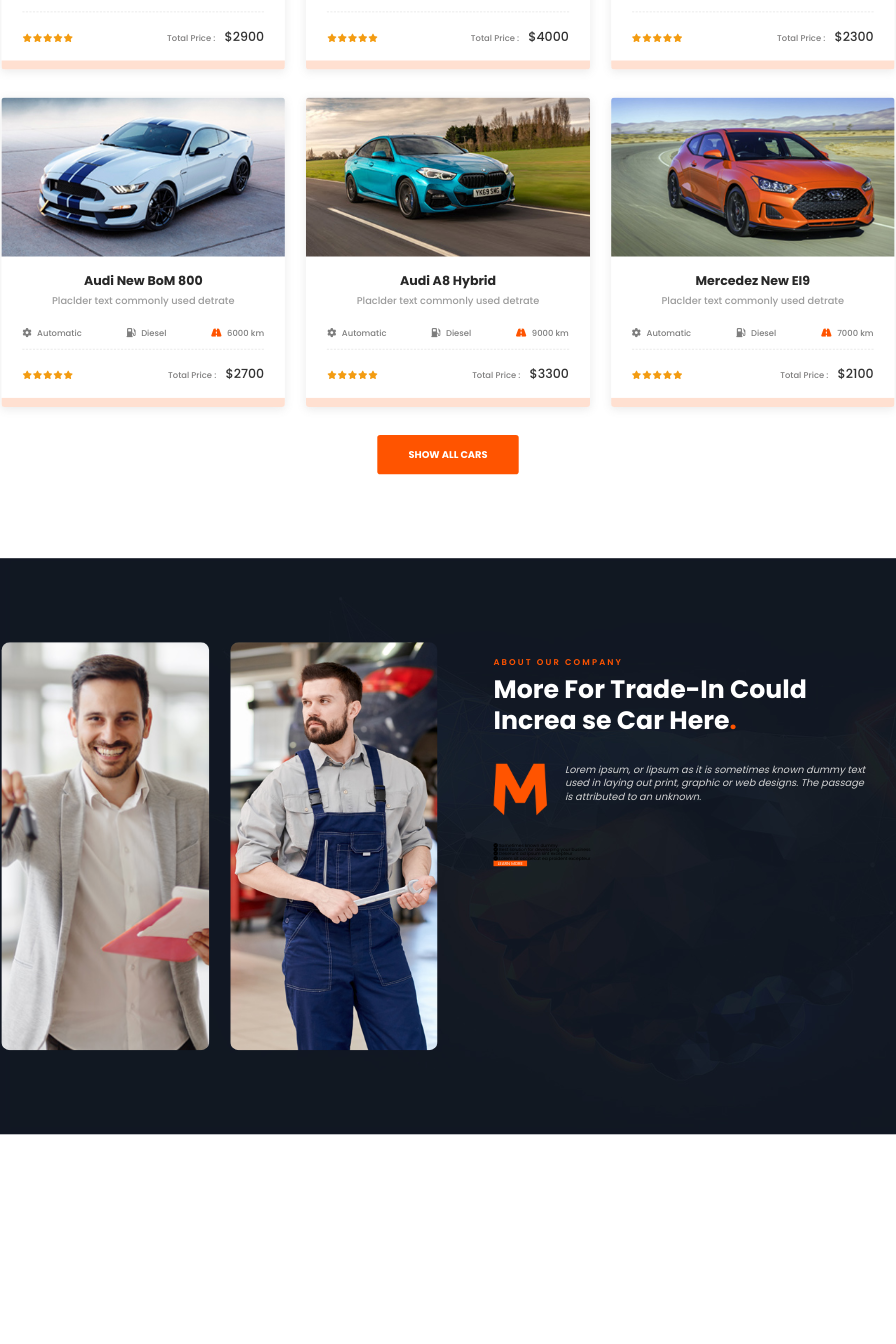
Repository: thanhdinh01/shopcar
Page: index.html
An editor plug-in stored every save of this project. The page is shown before and after the next save, followed by the edit.
The browser window is 1280 px wide. The pictures show the part of the page from y = 2139 to 4059 px (the page is 4059 px tall), at 70% of full size.
Some web libraries are served in a nearby version. The style sheet was rebuilt from its Sass, Less or Tailwind sources for each picture, by a compiler version that may differ from the author's.

Above is the page before, as saved 2022-08-17 20:58:07.

### index.html
<!DOCTYPE html>
<html lang="en">
  <head>
    <meta charset="UTF-8" />
    <meta http-equiv="X-UA-Compatible" content="IE=edge" />
    <meta name="viewport" content="width=device-width, initial-scale=1.0" />
    <title>Increase follower on social media</title>
    <link
      rel="stylesheet"
      href="https://cdnjs.cloudflare.com/ajax/libs/font-awesome/6.1.2/css/all.min.css"
      integrity="sha512-1sCRPdkRXhBV2PBLUdRb4tMg1w2YPf37qatUFeS7zlBy7jJI8Lf4VHwWfZZfpXtYSLy85pkm9GaYVYMfw5BC1A=="
      crossorigin="anonymous"
      referrerpolicy="no-referrer"
    />
    <link
      href="https://fonts.googleapis.com/css2?family=Poppins:wght@300;400;500;600;700;900&display=swap"
      rel="stylesheet"
    />
    <link rel="stylesheet" href="./css/style.css" />
  </head>

  <body>
    <div class="main">
      <!-- HEADER -->
      <header class="header">
        <div class="header-top">
          <div class="container">
            <div class="header-top-container dflex">
              <ul class="header-top-left">
                <li>
                  <i class="fa-regular fa-envelope"></i>
                  <p>thanhdinhduy@support.com</p>
                </li>
                <li>
                  <i class="fa-regular fa-clock"></i>
                  <p>10:00 AM To 5:00 PM</p>
                </li>
              </ul>
              <ul class="header-top-right">
                <li class="header-contact">
                  <a href="#"><i class="fa-brands fa-square-facebook"></i></a>
                  <a href="#"><i class="fa-brands fa-square-twitter"></i></a>
                  <a href="#"><i class="fa-brands fa-square-vimeo"></i></a>
                  <a href="#"><i class="fa-brands fa-linkedin"></i></a>
                </li>
                <li class="header-login">
                  <a href="#" class="login">
                    <i class="fa-regular fa-circle-user"></i> LOGIN
                  </a>
                  <a href="#" class="logup"> REGISTER </a>
                </li>
              </ul>
            </div>
          </div>
        </div>
        <div class="header-navigation">
          <div class="container p15 dflex">
            <div class="nav-logo">
              <a href="#" class="logo-link">
                <img
                  class="logo-header-img"
                  src="./images/header/logo.png"
                  alt="logo"
                />
              </a>
            </div>
            <div class="nav-total dflex">
              <ul class="nav-list dflex">
                <li class="nav-item active">
                  <a href="#">HOME</a>
                </li>
                <li class="nav-item">
                  <a href="#">INVENTORY </a>
                  <ul class="sub-list">
                    <li class="sub-item">
                      <a href="#">Inventory List</a>
                    </li>
                    <li class="sub-item">
                      <a href="#">Inventory Details</a>
                    </li>
                  </ul>
                </li>
                <li class="nav-item">
                  <a href="#">PAGES</a>
                  <ul class="sub-list">
                    <li class="sub-item">
                      <a href="#">About us</a>
                    </li>
                    <li class="sub-item">
                      <a href="#">Loan Calculator</a>
                    </li>
                    <li class="sub-item">
                      <a href="#">Login Page</a>
                    </li>
                  </ul>
                </li>
                <li class="nav-item">
                  <a href="#">BLOG</a>
                  <ul class="sub-list">
                    <li class="sub-item">
                      <a href="#">Our Blog</a>
                    </li>
                    <li class="sub-item">
                      <a href="#">Blog Details</a>
                    </li>
                  </ul>
                </li>
                <li class="nav-item">
                  <a href="#">DEALERS</a>
                </li>
                <li class="nav-item">
                  <a href="#">CONTACT</a>
                </li>
              </ul>
              <ul class="nav-interact dflex">
                <li class="cart">
                  <a href="#" class="cart-link">
                    <i class="fa-solid fa-basket-shopping"></i>
                  </a>
                  <div class="cart-quantity">4</div>
                  <div class="cart-wrap">
                    <div class="cart-top">
                      <div class="cart-item">
                        <a href="#" class="product-img">
                          <img
                            src="./images/latest-car/t_released_cars_thumb01.jpg"
                            alt=""
                          />
                        </a>
                        <div class="product-desc">
                          <a href="#" class="product-title"
                            >Mercedes-Benz GLE Coupe</a
                          >
                          <span class="product-price">$299</span>
                        </div>
                        <div class="delete-item">
                          <i class="fa-regular fa-trash-can"></i>
                        </div>
                      </div>
                      <div class="cart-item">
                        <a href="#" class="product-img">
                          <img
                            src="./images/latest-car/t_released_cars_thumb02.jpg"
                            alt=""
                          />
                        </a>
                        <div class="product-desc">
                          <a href="#" class="product-title">
                            Mercedes-Benz GLE Coupe
                          </a>
                          <span class="product-price">$299</span>
                        </div>
                        <div class="delete-item">
                          <i class="fa-regular fa-trash-can"></i>
                        </div>
                      </div>
                      <div class="cart-item">
                        <a href="#" class="product-img">
                          <img
                            src="./images/latest-car/t_released_cars_thumb03.jpg"
                            alt=""
                          />
                        </a>
                        <div class="product-desc">
                          <a href="#" class="product-title"
                            >Mercedes-Benz GLE Coupe Benz GLE Coupe</a
                          >
                          <span class="product-price">$299</span>
                        </div>
                        <div class="delete-item">
                          <i class="fa-regular fa-trash-can"></i>
                        </div>
                      </div>
                      <div class="cart-item">
                        <a href="#" class="product-img">
                          <img
                            src="./images/latest-car/t_released_cars_thumb04.jpg"
                            alt=""
                          />
                        </a>
                        <div class="product-desc">
                          <a href="#" class="product-title"
                            >Mercedes-Benz GLE Coupe</a
                          >
                          <span class="product-price">$299</span>
                        </div>
                        <div class="delete-item">
                          <i class="fa-regular fa-trash-can"></i>
                        </div>
                      </div>
                    </div>
                    <div class="cart-bottom">
                      <div class="cart-bottom-price">
                        <p>Total</p>
                        <span>$1000</span>
                      </div>
                      <div class="cart-bottom-buying">
                        <button class="button buy-now">SHOPPING CART</button>
                        <button class="button check-out">CHECK OUT</button>
                      </div>
                    </div>
                  </div>
                </li>
                <li class="quote">
                  <button class="button">GET A QUOTE</button>
                </li>
                <li class="search">
                  <i class="fa-solid fa-magnifying-glass search-toggle"></i>
                </li>
              </ul>
            </div>
          </div>
        </div>
        <div class="search-active">
          <input
            type="text"
            name=""
            id=""
            class="input-search"
            placeholder="Type here..."
          />
          <button class="search-icon">
            <i class="fa-solid fa-magnifying-glass"></i>
          </button>
        </div>
        <div class="header-main">
          <img src="./images/header/slider_content_icon.png" alt="" />
          <p class="mission">
            <i class="fa-solid fa-circle"></i>
            YOUR TRUST OUR ASSET
            <i class="fa-solid fa-circle"></i>
          </p>
          <h1 class="heading">FIND PERFECT CAR</h1>
          <p class="title">
            A car dealership, or vehicle local distribution, is a business
          </p>
          <button class="button button-header">FIND IT NOW</button>
        </div>
        <div class="header-selection">
          <div class="container-normal">
            <ul class="select-list">
              <li class="select-item">
                <div class="dropdown-select">
                  <span class="text-selected">Select Model</span>
                  <i class="fa-solid fa-angle-down"></i>
                </div>
                <ul class="dropdown-list">
                  <li class="dropdown-item">
                    <span class="dropdown-text">Select Model</span>
                  </li>
                  <li class="dropdown-item">
                    <span class="dropdown-text">Mercedes-Benz</span>
                  </li>
                  <li class="dropdown-item">
                    <span class="dropdown-text">Volkswagen</span>
                  </li>
                  <li class="dropdown-item">
                    <span class="dropdown-text">Aston-Martin</span>
                  </li>
                  <li class="dropdown-item">
                    <span class="dropdown-text">Lamboghini</span>
                  </li>
                  <li class="dropdown-item">
                    <span class="dropdown-text">Koenigsegg</span>
                  </li>
                </ul>
              </li>
              <li class="select-item">
                <div class="dropdown-select">
                  <span class="text-selected">Select Model</span>
                  <i class="fa-solid fa-angle-down"></i>
                </div>
                <ul class="dropdown-list">
                  <li class="dropdown-item">
                    <span class="dropdown-text"> Select Model</span>
                  </li>
                  <li class="dropdown-item">
                    <span class="dropdown-text">Volkswagen SC20</span>
                  </li>
                  <li class="dropdown-item">
                    <span class="dropdown-text">Honda CBR9</span>
                  </li>
                  <li class="dropdown-item">
                    <span class="dropdown-text">Aston K3518</span>
                  </li>
                  <li class="dropdown-item">
                    <span class="dropdown-text">BMW SC20</span>
                  </li>
                  <li class="dropdown-item">
                    <span class="dropdown-text">Toyota 186LM</span>
                  </li>
                </ul>
              </li>
              <li class="select-item">
                <div class="dropdown-select">
                  <span class="text-selected">Select Model</span>
                  <i class="fa-solid fa-angle-down"></i>
                </div>
                <ul class="dropdown-list">
                  <li class="dropdown-item">
                    <span class="dropdown-text">Select Model</span>
                  </li>
                  <li class="dropdown-item">
                    <span class="dropdown-text">SORN Status</span>
                  </li>
                  <li class="dropdown-item">
                    <span class="dropdown-text">Fuel Type</span>
                  </li>
                  <li class="dropdown-item">
                    <span class="dropdown-text">Last Log Book</span>
                  </li>
                  <li class="dropdown-item">
                    <span class="dropdown-text">MOT Expires</span>
                  </li>
                  <li class="dropdown-item">
                    <span class="dropdown-text">Vehicle TAX</span>
                  </li>
                </ul>
              </li>
              <li class="select-item">
                <div class="dropdown-select">
                  <span class="text-selected">Select Model</span>
                  <i class="fa-solid fa-angle-down"></i>
                </div>
                <ul class="dropdown-list">
                  <li class="dropdown-item">
                    <span class="dropdown-text">Select Model</span>
                  </li>
                  <li class="dropdown-item">
                    <span class="dropdown-text">BMW 7 Series</span>
                  </li>
                  <li class="dropdown-item">
                    <span class="dropdown-text">Mercedes-Benz</span>
                  </li>
                  <li class="dropdown-item">
                    <span class="dropdown-text">Volkswagen</span>
                  </li>
                  <li class="dropdown-item">
                    <span class="dropdown-text">Aston-Martin</span>
                  </li>
                  <li class="dropdown-item">
                    <span class="dropdown-text">Lamboghini</span>
                  </li>
                  <li class="dropdown-item">
                    <span class="dropdown-text">Koenigsegg</span>
                  </li>
                </ul>
              </li>
              <button class="button select-car">SELECT VEHICLE</button>
            </ul>
          </div>
        </div>
      </header>
      <!-- Features area -->
      <div class="features-area">
        <div class="container-normal">
          <div class="features-container dflex">
            <div class="features-item">
              <div class="features-img">
                <img src="./images/featured/features-icon.png" alt="" />
              </div>
              <h3 class="features-title">Dealership Points</h3>
              <p class="features-desc">
                Placlder text commonly is used detrate theys visual consectetur
                ading elitmod use
              </p>
            </div>
            <div class="features-item">
              <div class="features-img">
                <img src="./images/featured/h3_features_icon02.png" alt="" />
              </div>
              <h3 class="features-title">Trusted by clients</h3>
              <p class="features-desc">
                Placlder text commonly is used detrate theys visual consectetur
                ading elitmod use
              </p>
            </div>
            <div class="features-item">
              <div class="features-img">
                <img src="./images/featured/h3_features_icon03.png" alt="" />
              </div>
              <h3 class="features-title">We are your location</h3>
              <p class="features-desc">
                Placlder text commonly is used detrate theys visual consectetur
                ading elitmod use
              </p>
            </div>
            <div class="features-item">
              <div class="features-img">
                <img src="./images/featured/h3_features_icon04.png" alt="" />
              </div>
              <h3 class="features-title">Easy Financing</h3>
              <p class="features-desc">
                Placlder text commonly is used detrate theys visual consectetur
                ading elitmod use
              </p>
            </div>
          </div>
        </div>
      </div>
      <!-- Release cars -->
      <div class="release-cars">
        <div class="container-normal">
          <div class="release-car-container">
            <div class="release-title">
              <div class="title-blur">All Seller</div>
              <span>OUR FEATURED CARS</span>
              <h2>Latest Released Cars</h2>
            </div>
            <div class="menu-car">
              <div class="menu-control">
                <button class="button btn-menu-car active" data-type="all">
                  ALL SELLER
                </button>
                <button class="button btn-menu-car" data-type="newcar">
                  NEW CARS
                </button>
                <button class="button btn-menu-car" data-type="usedcar">
                  USED CARS
                </button>
              </div>
              <ul class="car-list"></ul>
            </div>
          </div>
          <div class="car-show-btn">
            <button class="button">SHOW ALL CARS</button>
          </div>
        </div>
      </div>
      <!-- About area -->
      <div class="about-area">
        <div class="container-normal">
          <div class="about-wrapper">
            <div class="about-area-img">
              <div class="img-item">
                <img src="./images/about-company/about_img01.jpg" alt="" />
              </div>
              <div class="img-item">
                <img src="./images/about-company/about_img02.jpg" alt="" />
              </div>
            </div>
            <div class="about-area-container">
              <div class="about-content">
                <div class="about-heading">
                  <p>ABOUT OUR COMPANY</p>
                  <h2>
                    More For Trade-In Could Increa se Car Here<span>.</span>
                  </h2>
                </div>
                <div class="about-desc">
                  <img src="./images/about-company/m.png" alt="" />
                  <p>
                    Lorem ipsum, or lipsum as it is sometimes known dummy text
                    used in laying out print, graphic or web designs. The
                    passage is attributed to an unknown.
                  </p>
                </div>
                <ul class="about-list">
                  <li class="list-item">
                    <i class="fa-solid fa-circle-check"></i>
                    Sometimes known dummy
                  </li>
                  <li class="list-item">
                    <i class="fa-solid fa-circle-check"></i>
                    Best solution for developing your business
                  </li>
                  <li class="list-item">
                    <i class="fa-solid fa-circle-check"></i>
                    Deserunt ad ipsum sint excepteur
                  </li>
                  <li class="list-item">
                    <i class="fa-solid fa-circle-check"></i>
                    Lorem sit occaecat ea proident excepteur
                  </li>
                </ul>
                <button class="button btn-about-area">LEARN MORE</button>
              </div>
            </div>
          </div>
        </div>
      </div>
    </div>
    <!-- javasript -->
    <script src="./js/app.js"></script>
    <!-- modal -->
  </body>
</html>

### css/style.scss
@import "reset";
@import "animation";
@import "variables";
@import "global";
@import "modal";
@import "header";
@import "features-area";
@import "release-car";
@import "about-area";

### css/_animation.scss
@keyframes fadeInUp {
  0% {
    opacity: 0;
    transform: translateY(20px);
  }
  100% {
    opacity: 1;
    transform: translateY(0);
  }
}
@keyframes opacityUp {
  0% {
    opacity: 0;
    transform: translateY(-20px);
  }
  100% {
    opacity: 1;
    transform: translateY(0);
  }
}
@keyframes fadeIn {
  0% {
    opacity: 0;
  }
  100% {
    opacity: 1;
  }
}
@keyframes fadeInModal {
  0% {
    opacity: 0;
    transform: translateY(-300px);
  }
  100% {
    opacity: 1;
    transform: translateY(0);
  }
}

@keyframes shine {
  100% {
    left: 125%;
  }
}
@keyframes scaleUp {
  0% {
    opacity: 0;
    transform: scale(0.4);
  }
  100% {
    opacity: 1;
    transform: scale(1);
  }
}

### css/_variables.scss
$primaryColor: #ff5400;
$blackColor: #000;
$whiteColor: #fff;
$textColor: #9c9c9c;

### css/_global.scss
body,
*,
html {
  font-family: "Poppins", sans-serif;
  font-size: 62.5%;
  box-sizing: border-box;
}
body {
  margin-bottom: 300px;
}
.container {
  width: 1440px;
  max-width: 100%;
  margin: 0 auto;
}
.container-normal {
  width: 1276px;
  max-width: 100%;
  margin: 0 auto;
}
.dflex {
  display: flex;
  justify-content: space-between;
  align-items: center;
}

.button {
  display: flex;
  justify-content: center;
  align-items: center;
  outline: none;
  border: none;
  color: $whiteColor;
  background-color: $primaryColor;
  line-height: 1;
  cursor: pointer;
}

.p15 {
  padding: 0 15px;
}

### css/_about-area.scss
.about-area {
  background-image: url("../images/about-company/about_bg.jpg");
  padding: 120px 0;
  .about-wrapper {
    display: flex;
    justify-content: space-between;
    gap: 0 30px;
    .about-area-img {
      flex: 1;
      display: flex;
      gap: 0 30px;
      .img-item {
        flex: 1;
        img {
          width: 100%;
          height: 100%;
          object-fit: cover;
          border-radius: 12px;
        }
      }
    }
    .about-area-container {
      flex: 1;
      .about-content {
        padding: 22px 30px 22px 50px;
        .about-heading {
          margin-bottom: 40px;
          p {
            font-size: 1.2rem;
            font-weight: 600;
            color: $primaryColor;
            letter-spacing: 3px;
            margin-bottom: 12px;
          }
          h2 {
            font-size: 3.6rem;
            line-height: 1.2;
            color: $whiteColor;
            font-weight: 700;
            span {
              color: $primaryColor;
            }
          }
        }
        .about-desc {
          display: flex;
          margin-bottom: 40px;
          img {
            flex-shrink: 0;
            object-fit: cover;
          }
          p {
            color: #d3d3d3;
            font-size: 1.4rem;
            font-weight: 400;
            font-style: italic;
            margin-left: 25px;
            line-height: 1.4;
          }
        }
      }
    }
  }
}

Loaded but not shown: css/_reset.scss (common file); js/app.js (430 lines, source omitted); css/_header.scss (516 lines, source omitted); css/_release-car.scss (255 lines, source omitted); css/_modal.scss (170 lines, source omitted); css/_features-area.scss (40 lines, source omitted)

After the next save:
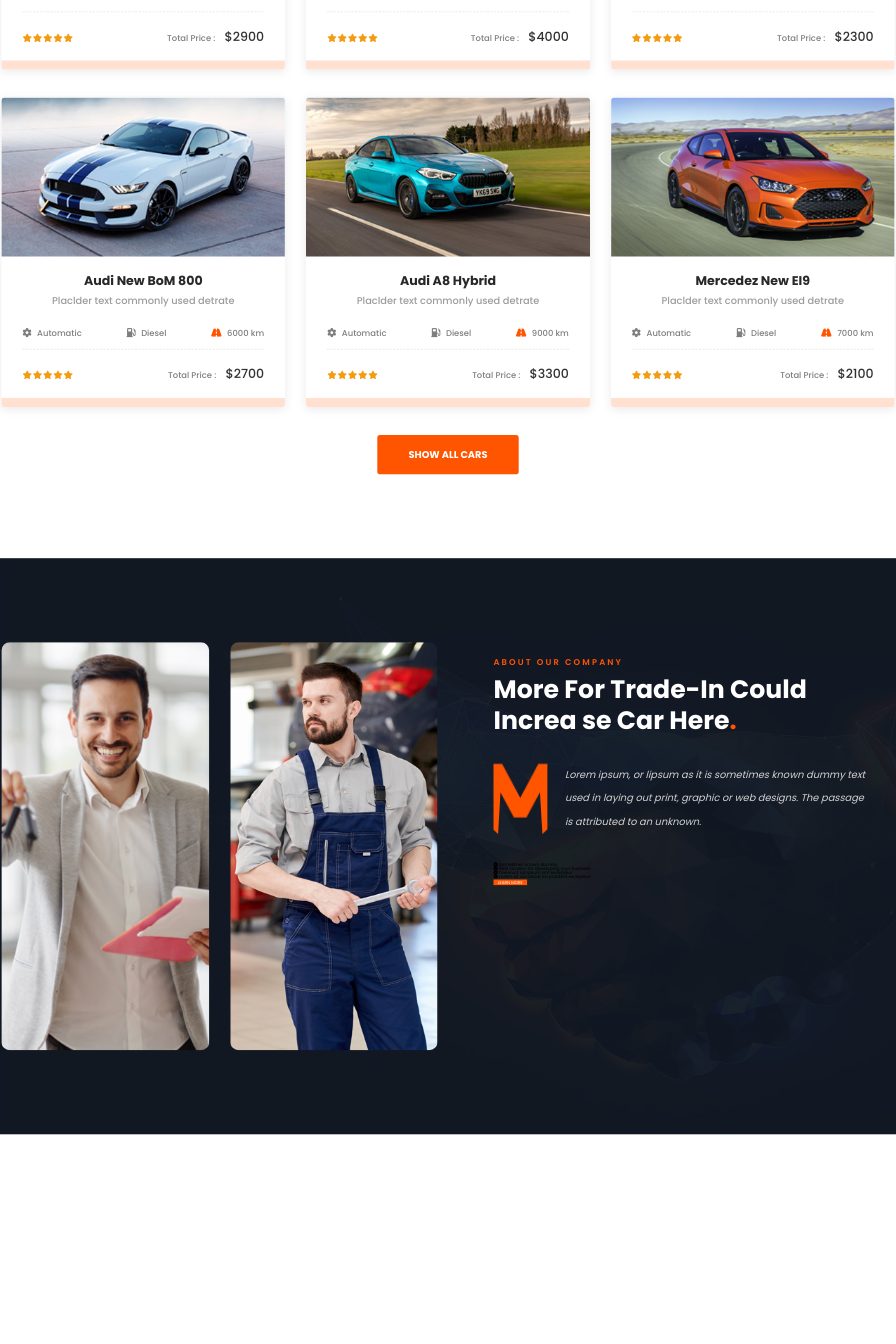
Saved 9 s later.
--- a/css/_about-area.scss
+++ b/css/_about-area.scss
@@ -55,7 +55,7 @@
             font-weight: 400;
             font-style: italic;
             margin-left: 25px;
-            line-height: 1.4;
+            line-height: 2.4;
           }
         }
       }
